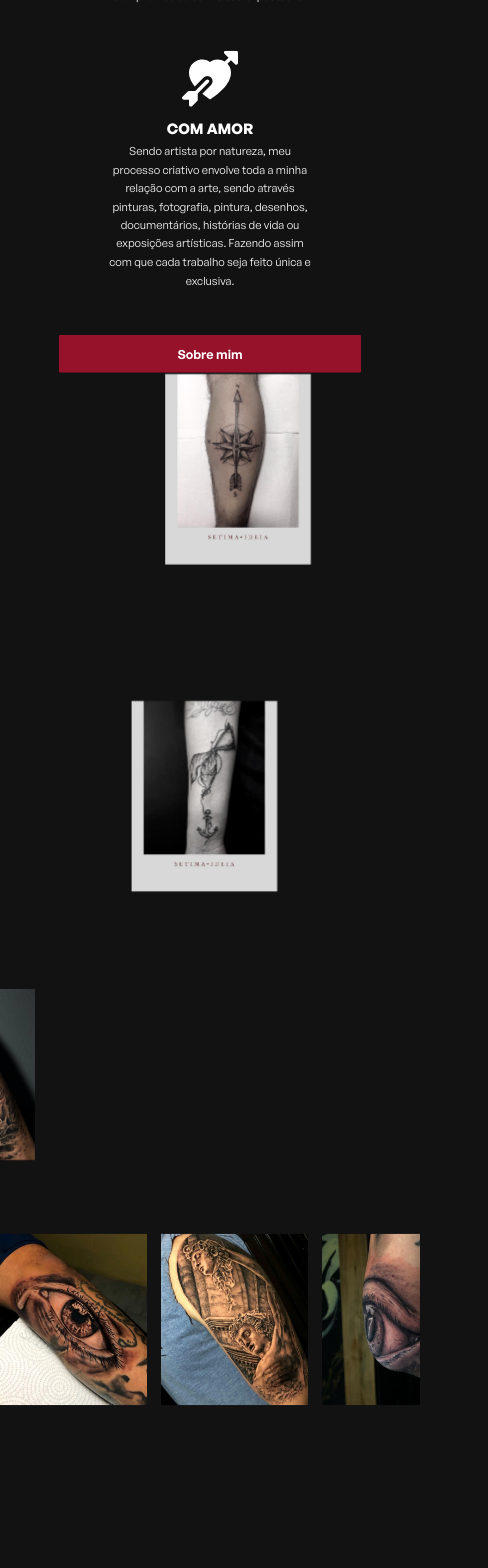
Repository: Leoka2000/S-tima-Ideia
Page: /
An editor plug-in stored every save of this project. The page is shown before and after the next save, followed by the edit.
The browser window is 600 px wide. The page is 697 px wide, so the pictures cover 697 px, including what lies to the right of the window. The pictures show the part of the page from y = 1359 to 3599 px (the page is 8832 px tall), at 70% of full size.
Backgrounds fixed to the window are drawn as part of the page. The project was rebuilt for these pictures with package versions that can differ from the ones it lists, and the page was loaded fresh each time. Some packages were replaced by stand-ins written for this rebuild. Also part of the build but not shown: src/pages/main/instagram/instagram.css, src/pages/main/instagram/instagram.jsx, src/App.css, src/pages/portfolio/portfolio.css, src/data/database-common.js, src/pages/portfolio/loop-content.jsx, src/pages/portfolio/portfolio.jsx, src/pages/portfolio/index.jsx and 2 more. Imported but missing from the stored project, and not drawn on this page: src/assets/videos/cauan-video.mp4.

Above is the page before, as saved 2023-05-22 21:15:51.

After the next save:
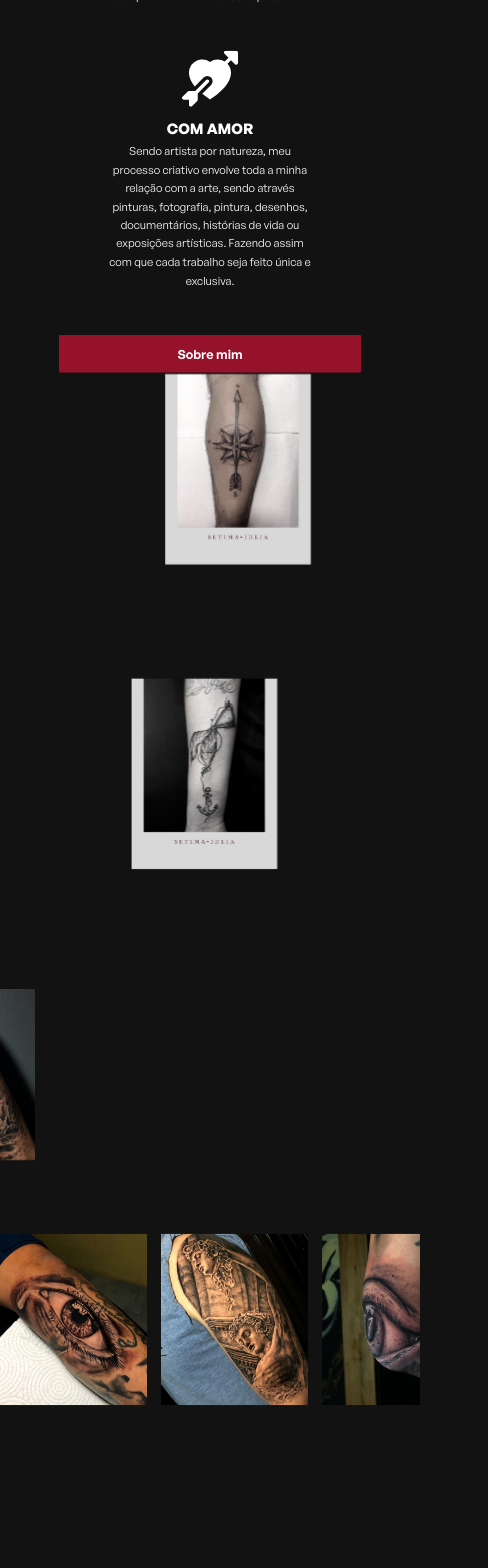
Saved 5 s later.
--- a/src/pages/main/about/about.css
+++ b/src/pages/main/about/about.css
@@ -246,7 +246,7 @@
     position: absolute;
   left: 3rem;
  width: 13rem;
-    top: 24rem;
+    top: 22rem;
     height: 17rem;
     z-index: 4;
        background-image: url("../../../assets/images/about-img2.jpg");

After the save that followed:
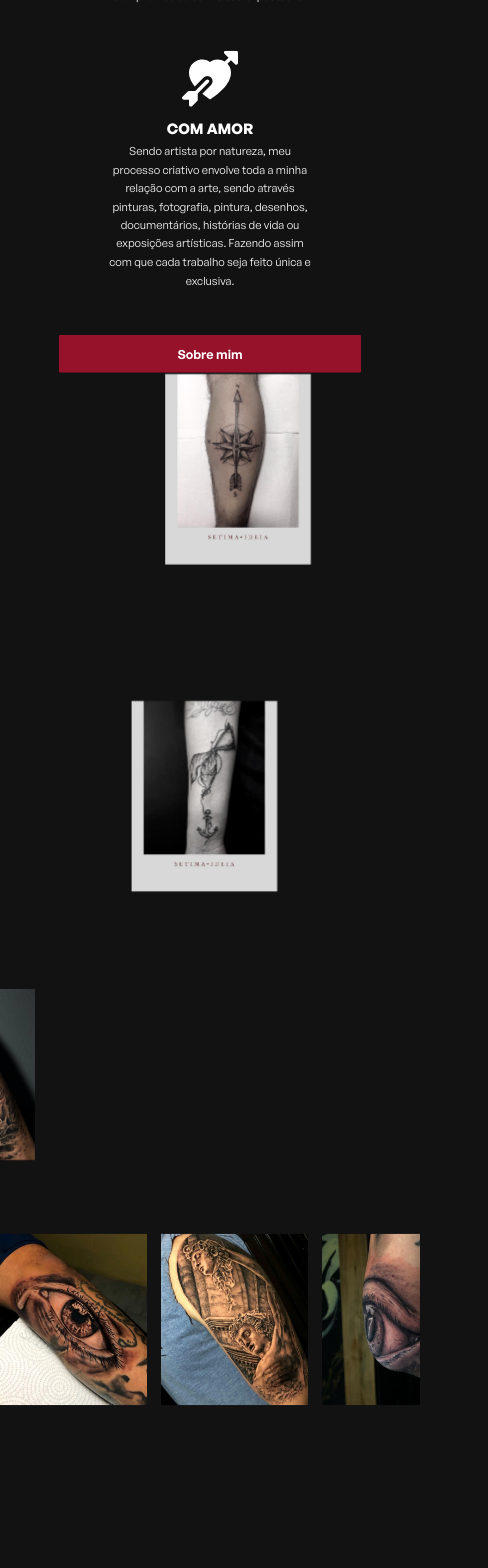
Saved 20 s later.
--- a/src/pages/main/about/about.css
+++ b/src/pages/main/about/about.css
@@ -246,7 +246,7 @@
     position: absolute;
   left: 3rem;
  width: 13rem;
-    top: 22rem;
+    top: 24rem;
     height: 17rem;
     z-index: 4;
        background-image: url("../../../assets/images/about-img2.jpg");
